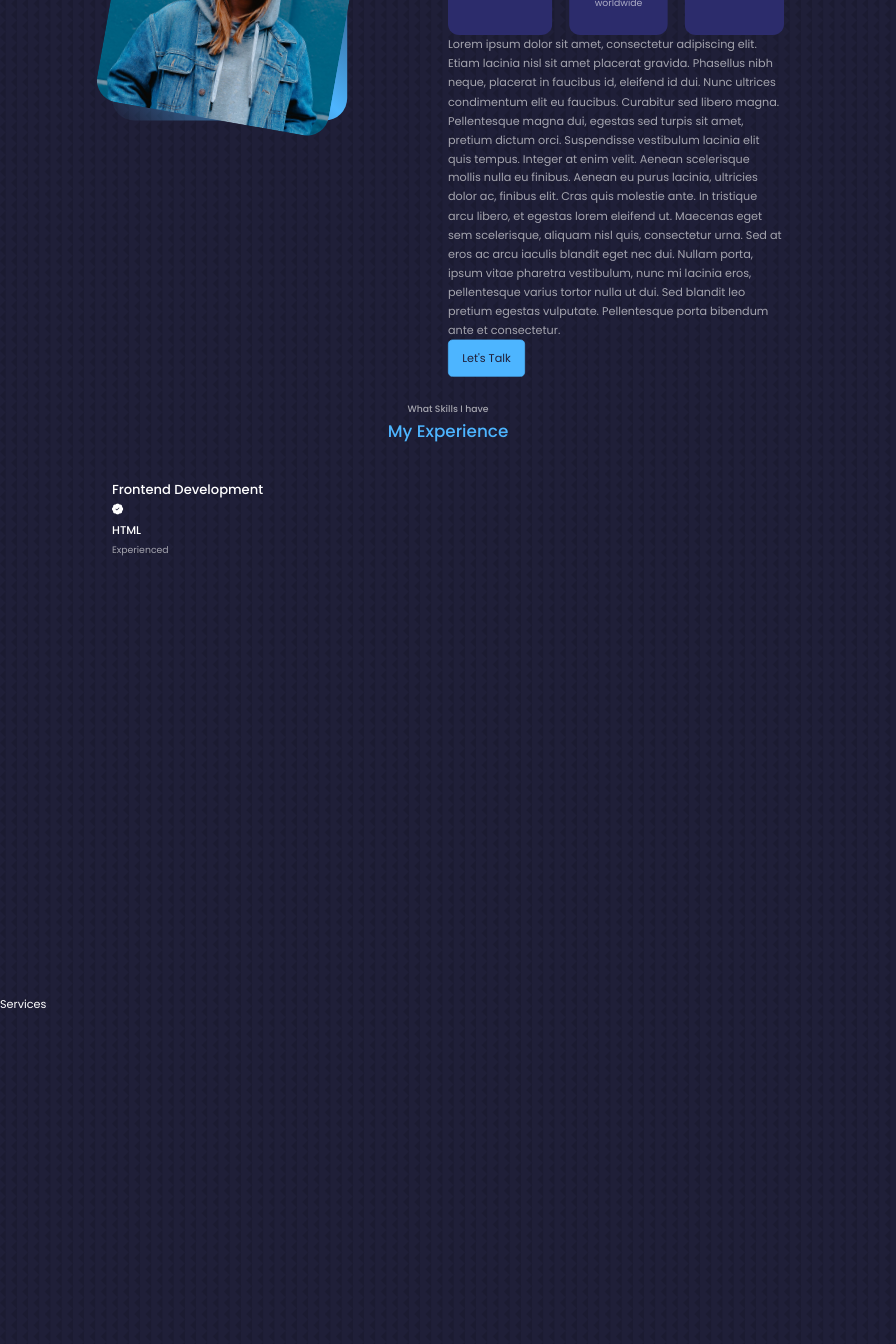
Repository: smallchungus/resumeWebsite
Page: / (app in hello/)
An editor plug-in stored every save of this project. The page is shown before and after the next save, followed by the edit.
The browser window is 1280 px wide. The pictures show the part of the page from y = 1123 to 3043 px (the page is 5835 px tall), at 70% of full size.
The project was rebuilt for these pictures with package versions that can differ from the ones it lists, and the page was loaded fresh each time. Also part of the build but not shown: hello/src/components/experience/experience.css, hello/src/components/portfolio/portfolio.css, hello/src/components/contact/contact.css, hello/src/components/footer/footer.css. Imported but missing from the stored project, and not drawn on this page: hello/src/assets/cv.pdf.

Above is the page before, as saved 2023-03-23 18:58:11.

### hello/public/index.html
<!DOCTYPE html>
<html lang="en">

<head>
    <meta charset="UTF-8">
    <meta http-equiv="X-UA-Compatible" content="IE=edge">
    <meta name="viewport" content="width-device-width, initial-scale=1.0">
    <title>Resume Portfolio Website</title>
</head>
<body>
    <div id="root"></div>
</body>
</html>

### hello/src/App.jsx
import React from 'react'
import Header from './components/header/Header'
import Nav from './components/nav/Nav'
import About from './components/about/About'
import Experience from './components/experience/Experience'
import Services from './components/services/Services'
import Portfolio from './components/portfolio/Portfolio'
import Testimonial from './components/testimonial/Testimonial'
import Contact from './components/contact/Contact'
import Footer from './components/footer/Footer'

const App = () => {
  return (
    <>
    <Header />
    <Nav />
    <About />
    <Experience />
    <Services />
    <Portfolio />
    <Testimonial />
    <Contact />
    <Footer />
    </>
  )
}

export default App

### hello/src/index.css
@import url('https://fonts.googleapis.com/css2?family=Poppins:wght@300;400;500;600&display=swap');

*{
    margin: 0;
    padding: 0;
    border :0;
    outline: 0;
    box-sizing: border-box;
    list-style: none;
    text-decoration: none;

}

:root {
    --color-bg: #1f1f38;
    --color-bg-variant: #2c2c6c;
    --color-primary: #4db5ff;
    --color-primary-variant: rgba(77, 181, 255, 0.4);
    --color-white: #fff;
    --color-light: rgba(255,255,255,0.6);

    --transition: all 400ms ease;

    --container-width-lg: 75%;
    --container-width-md: 86%;
    --container-width-sm: 90%;

}

html{
    scroll-behavior: smooth;
}

body{
    font-family: 'Poppins', sans-serif;
    background: var(--color-bg);
    color: var(--color-white);
    line-height: 1.7;
    background-image: url(../src/assets/bg-texture.png)
}

/* ======================= General Styles =================*/

.container{
    width: var(--container-width-lg);
    margin: 0 auto;
}

h1,h2,h3,h4,h5{
    font-weight: 500;
}

h1{
    font-size:2.5rem;

}

section {
    margin-top: 8rem;
    height: 100vh;
}

section > h2, section > h5 {
    text-align: center;
    color: var(--color-light);
}

section > h2 {
    color: var(--color-primary);
    margin-bottom: 3rem;
}

.text-light{
    color:var(--color-light);
}

a{
    color: var(--color-primary);
    transition: var(--transition);
}

a:hover{
    color: var(--color-white);
}

.btn{
    width: max-content;
    display: inline-block;
    color: var(--color-primary);
    padding: 0.75rem 1.2rem;
    border-radius: 0.4rem;
    cursor: pointer;
    border: 1px solid var(--color-primary);
    transition: var( --transition );
}

.btn:hover{
    background: var(--color-white);
    color: var(--color-bg);
    border-color: transparent;
}

.btn-primary{
    background: var(--color-primary);
    color: var(--color-bg);
}

img{
    display: block;
    width: 100%;
    object-fit: cover;
}


/*==================Media Queries (Medium Devices ) ============= */
@media screen and (max-width: 1024px) {
    .container{
        width: var(--container-width-md);
    }

    section{
        margin-top: 6rem;
    }
}

/*==================Media Queries (Small Devices ) ============= */
@media screen and (max-width: 600px) {
    .container{
        width: var(--container-width-sm);
    }

    section > h2{
        margin-top: 2rem;
    }
}

### hello/src/components/header/Header.jsx
import React from 'react'
import './header.css'
import CTA from './CTA'
import ME from '../../assets/me.png'
import HeaderSocials from './HeaderSocials'
const Header = () => {
  return (
    <header>
      <div className="container header_container">
        <h5>Hello I'm</h5>
        <h1>William Chen</h1>
        <h5 className='text-light'>Fullstack Developer</h5>
        <CTA />
        <HeaderSocials/>

        <div className="me">
          <img src={ME} alt="me" />
        </div>

        <a href='#contact' className='scroll_down'>Scroll down</a>
      </div>
    </header>
  )
}

export default Header

### hello/src/components/nav/Nav.jsx
import React from 'react'
import './nav.css'
import {AiOutlineHome} from 'react-icons/ai'
import {AiOutlineUser}  from 'react-icons/ai'
import {BiBook} from 'react-icons/bi'
import {RiServiceLine} from 'react-icons/ri'
import {BiMessageSquareDetail} from 'react-icons/bi'
import {useState} from 'react'

const Nav = () => {
  const[activeNav, setActiveNav] = useState('#');
  return (
    <nav>
      <a href="#" onClick={() => setActiveNav('#')} className={activeNav === '#' ? 'active' : ''}><AiOutlineHome/></a>
      <a href="#about" onClick={() => setActiveNav('#about')} className={activeNav === '#about' ? 'active' : ''}><AiOutlineUser/></a>
      <a href="#experience" onClick={() => setActiveNav('#experience')} className={activeNav === '#experience' ? 'active' : ''}><BiBook/></a>
      <a href="#services" onClick={() => setActiveNav('#services')} className={activeNav === '#services' ? 'active' : ''}><RiServiceLine/></a>
      <a href="#contact" onClick={() => setActiveNav('#contact')} className={activeNav === '#contact' ? 'active' : ''}><BiMessageSquareDetail/></a>
    </nav>
  )
}

export default Nav

### hello/src/components/about/About.jsx
import React from 'react'
import './about.css'
import ME from '../../assets/me-about.jpg'
import {FiAward} from 'react-icons/fi'
import {FiUsers} from 'react-icons/fi'
import {VscFolderLibrary} from 'react-icons/vsc'

const About = () => {
  return (
    <section id='about'>
      <h5>Get To Know </h5>
      <h2>About Me</h2>

      <div className="container about_container">
        <div className="about_me" >
          <div className="about_me-image">
          <img src={ME} alt="About Image" />
          </div>
        </div>

        <div className="about_content">
          <div className="about_cards">
            <article className="about_card">
              <FiAward className='about_icon'/>
              <h5>Experience</h5>
              <small>1 Year Working</small>
            </article>
            <article className="about_card">
              <FiUsers className='about_icon'/>
              <h5>Clients</h5>
              <small>200+ clients worldwide</small>
            </article>
            <article className="about_card">
              <VscFolderLibrary className='about_icon'/>
              <h5>Projects</h5>
              <small>80+ completed</small>
            </article>
          </div>
          <p>
          Lorem ipsum dolor sit amet, consectetur adipiscing elit. Etiam lacinia nisl sit amet placerat gravida. Phasellus nibh neque, placerat in faucibus
          id, eleifend id dui. Nunc ultrices condimentum elit eu faucibus. Curabitur sed libero magna. Pellentesque magna dui, egestas sed turpis
          sit amet, pretium dictum orci. Suspendisse vestibulum lacinia elit quis tempus. Integer at enim velit. Aenean scelerisque mollis nulla eu finibus. Aenean eu purus lacinia, ultricies dolor ac, finibus elit.
          Cras quis molestie ante. In tristique arcu libero, et egestas lorem eleifend ut. Maecenas eget sem scelerisque, aliquam nisl quis, consectetur urna. Sed at eros ac arcu iaculis blandit eget nec dui. Nullam porta,
          ipsum vitae pharetra vestibulum, nunc mi lacinia eros, pellentesque varius tortor nulla ut dui. Sed blandit leo pretium egestas vulputate. Pellentesque porta bibendum ante et consectetur.
          </p>
          <a href="#contact" className='btn btn-primary'>Let's Talk</a>

        </div>
      </div>
    </section>
  )
}

export default About

### hello/src/components/experience/Experience.jsx
import React from 'react'
import './experience.css'
import {BsPatchCheckFill} from'react-icons/bs'



const Experience = () => {
  return (
    <section id='experience'>
      <h5>What Skills I have</h5>
      <h2>My Experience</h2>

      <div className="container experience_container">
        <div className="experience_frontend">
          <h3>Frontend Development</h3>
          <div className="experience_content">
            <article className='experience_details'>
              <BsPatchCheckFill />
              <h4>HTML</h4>
              <small className='text-light' >Experienced </small>
            </article>

          </div>
        </div>
        <div className="experience_backend">

        </div>
      </div>
    </section>
  )
}

export default Experience

### hello/src/components/portfolio/Portfolio.jsx
import React from 'react'
import './portfolio.css'


const Portfolio = () => {
  return (
    < section id='portfolio'>Portfolio</section>
  )
}

export default Portfolio

### hello/src/components/testimonial/Testimonial.jsx
import React from 'react'
import './testimonial.css'
const Testimonial = () => {
  return (
    <section id='testimonials'>Testimonial</section>
  )
}

export default Testimonial

### hello/src/components/contact/Contact.jsx
import React from 'react'
import './contact.css'
const Contact = () => {
  return (
    <section id='contact'>Contact</section>
  )
}

export default Contact

### hello/src/components/header/header.css
header {
    height: 100vh;
    padding-top: 7rem;
    overflow: hidden;
}

.header_container{
    text-align: center;
    height: 100%;
    position: relative;
}

/*========================= CTA ======================= */
.cta {
    margin-top: 2.5rem;
    display: flex;
    gap: 1.2rem;
    justify-content: center;

}

/* ======================= Header Socials ==================== */
.header_socials {
    display: flex;
    flex-direction: column;
    align-items: center;
    gap: 0.8rem;
    position: absolute;
    left: 0;
    bottom: 3rem;

}

.header_socials::after{
    content: '';
    width: 1px;
    height: 2rem;
    background: var(--color-primary);
}

/* ===================== ME ==================*/

.me{
    background: linear-gradient(var(--color-primary), transparent);
    width: 22rem;
    height: 30rem;
    position: absolute;
    left: calc(50% - 11rem);
    margin-top: 4rem;
    border-radius: 12rem 12rem 0 0;
    overflow: hidden;
    padding: 5rem 1.5rem 1.5rem 1.5rem;

}

.scroll_down {
    position: absolute;
    right: -2.3rem;
    bottom: 5rem;
    transform: rotate(90deg);
    font-weight: 300;
    font-size: 0.9rem;
}

@media screen and (max-width: 600px) {
    header {
        height: 100vh;
    }
}

@media screen and (max-width: 600px)
{
    header {
        height: 100vh;
    }

    .header_socials, .scroll_down{
        display: none;
    }
}

### hello/src/components/header/CTA.jsx
import React from 'react'
import CV from '../../assets/cv.pdf'
const CTA = () => {
  return (
    <div className ='cta'>
        <a href={CV} download className='btn'>Download CV</a>
        <a href="#contact" className='btn btn-primary'>Let's Talk</a>
    </div>
  )
}

export default CTA

### hello/src/components/header/HeaderSocials.jsx
import React from 'react'
import {BsLinkedin} from 'react-icons/bs'
import {BsGithub} from 'react-icons/bs'
import {AiFillDribbbleSquare} from 'react-icons/ai'
const HeaderSocials = () => {
  return (
    <div className='header_socials'>
        <a href="https://linkedin.com/willchenn" target="_blank"><BsLinkedin></BsLinkedin></a>
        <a href="https://github.com/smallchungus" target="_blank"><BsGithub></BsGithub></a>
        <a href="https://dribble.com/" target="_blank"><AiFillDribbbleSquare></AiFillDribbbleSquare></a>
        </div>
  )
}

export default HeaderSocials

### hello/src/components/nav/nav.css
nav {
    background: rgba(0, 0, 0, 0.3);
    width: max-content;
    display: block;
    padding: 0.7rem 1.7rem;
    z-index: 2;
    position: fixed;
    left: 50%;
    transform: translateX(-50%);
    bottom: 2rem;
    display: flex;
    gap: 0.8rem;
    border-radius: 3rem;
    backdrop-filter: blur(15px);
}

nav a{
    background: transparent;
    padding: 0.9rem;
    border-radius: 50%;
    display: flex;
    color: var(--color-light);
    font-size: 1.1rem;
}

nav a:hover{
    background: rgba(0,0,0,0.3);
}

nav a.active {
    background: var(--color-bg);
    color: var(--color-white);
}

### hello/src/components/about/about.css
.about_container {
    display: grid;
    grid-template-columns: 35% 50%;
    gap: 15%;
}

.about_me {
    width: 100%;
    aspect-ratio: 1/1;
    border-radius: 2rem;
    background: linear-gradient(
        45deg,
        transparent,
        var(--color-primary),
        transparent
    );
    display: grid;
    place-items: center;
}

.about_me-image{
    border-radius: 2rem;
    overflow: hidden;
    transform: rotate(10deg);
    transition: var(--transition);

}

.about_me-image:hover{
    transform: rotate(0);
}

.about_cards{
    display: grid;
    grid-template-columns: repeat(3, 1fr);
    gap: 1.5rem;
}

.about_card {
    background: var(--color-bg-variant);
    border: 1px solid transparent;
    border-radius: 1rem;
    padding: 2rem;
    text-align: center;
    transition: var(--transition);
}

.about_card:hover {
    background: transparent;
    border-color: var(--color-primary-variant);
    cursor: default;
}

.about_icon {
    color: var(--color-primary);
    font-size: 1.4 rem;
    margin-bottom: 1rem;
}

.about_card h5 {
    font-size: 0.95rem;
}

.about_card small {
    font-size: 0.7 rem;
    color: var(--color-light);
}

.about_content p {
    margin: 2rem 0 2.6 rem;
    color: var(--color-light);
}

@media screen and (max-width: 1024px) {
    .about_container {
        grid-template-columns: 1fr;
        gap: 0;
    }

    .about_me {
        width: 50%;
        margin: 2rem auto 4rem;
    }

    .about_content p{
        margin: 1rem 0 1.5rem;
    }
}

@media screen and (max-width: 600px )
{
    .about_me{
        width: 65%;
        margin: 0 auto 3rem;
    }
    .about_cards {
        grid-template-columns: 1fr 1fr;
        gap: 1rem;
    }
    .about_content {
        text-align: center;
    }
    .about_content p {
        margin: 1.5rem 0;
    }
}

Loaded but not shown: hello/src/index.js (common file); hello/src/components/services/Services.jsx (common file); hello/src/components/footer/Footer.jsx (common file); hello/src/components/experience/experience.css (no copy from this time; the picture is the same without it); hello/src/components/services/services.css (no stored copy; drawn as an empty file); hello/src/components/testimonial/testimonial.css (no stored copy; drawn as an empty file)

After the next save:
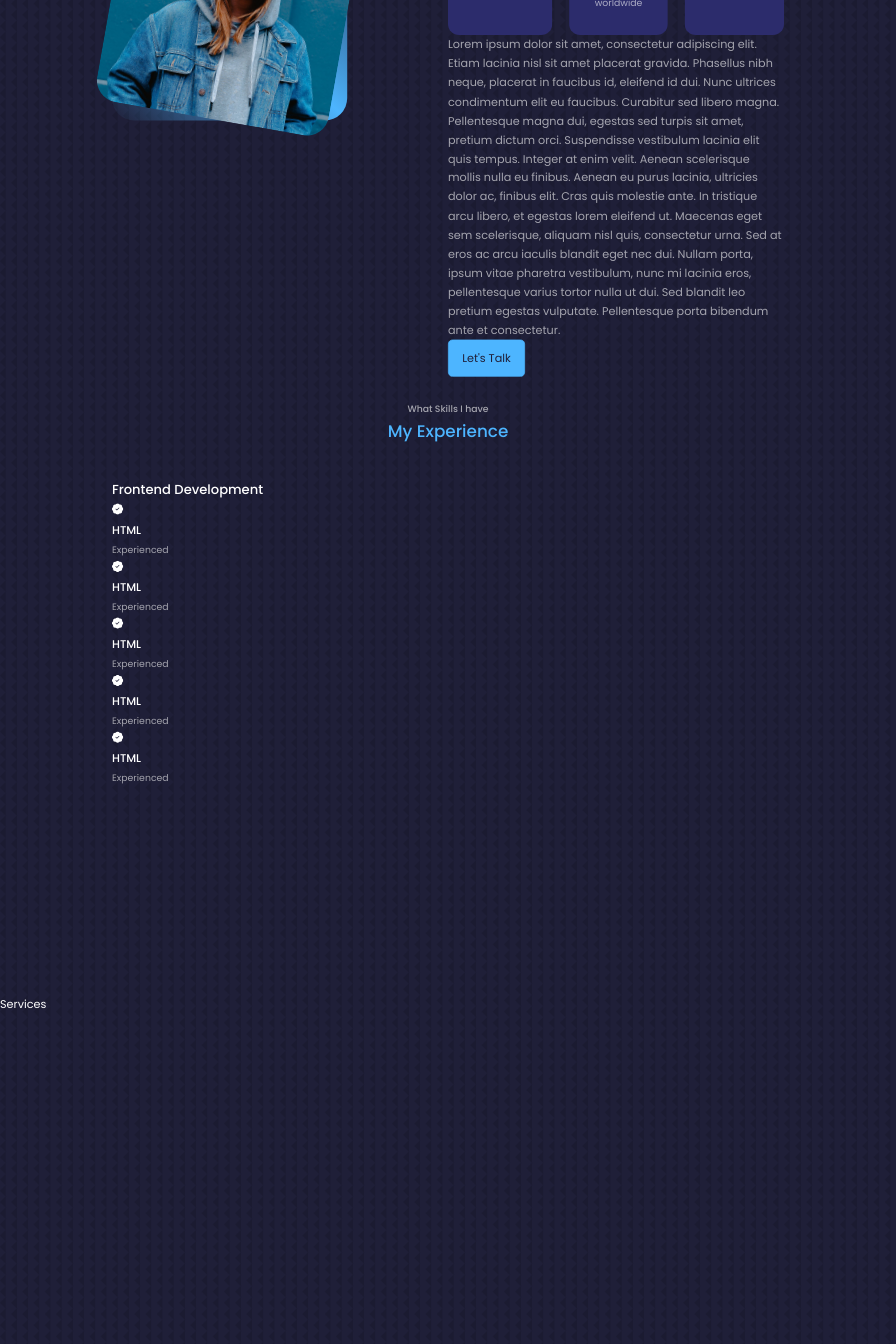
Saved 4 s later.
--- a/hello/src/components/experience/Experience.jsx
+++ b/hello/src/components/experience/Experience.jsx
@@ -19,7 +19,26 @@ const Experience = () => {
               <h4>HTML</h4>
               <small className='text-light' >Experienced </small>
             </article>
-
+            <article className='experience_details'>
+              <BsPatchCheckFill />
+              <h4>HTML</h4>
+              <small className='text-light' >Experienced </small>
+            </article>
+            <article className='experience_details'>
+              <BsPatchCheckFill />
+              <h4>HTML</h4>
+              <small className='text-light' >Experienced </small>
+            </article>
+            <article className='experience_details'>
+              <BsPatchCheckFill />
+              <h4>HTML</h4>
+              <small className='text-light' >Experienced </small>
+            </article>
+            <article className='experience_details'>
+              <BsPatchCheckFill />
+              <h4>HTML</h4>
+              <small className='text-light' >Experienced </small>
+            </article>
           </div>
         </div>
         <div className="experience_backend">
